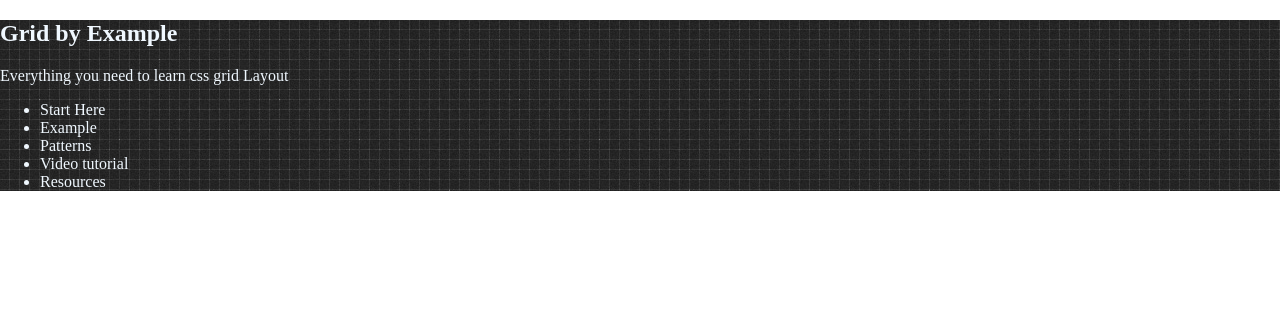
Repository: sitikhusushan/grid
Page: index.html
An editor plug-in stored every save of this project. The page is shown before and after the next save, followed by the edit.
The browser window is 1280 px wide. The pictures show the whole page.

Above is the page before, as saved 2020-05-12 11:06:09.

After the next save:
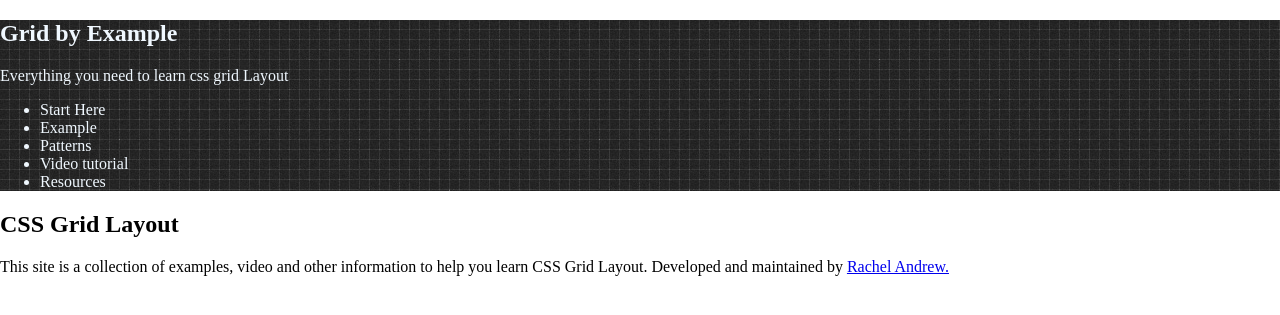
Saved 7 min 47 s later.
--- a/index.html
+++ b/index.html
@@ -20,5 +20,15 @@
         </ul>
       </div>
     </div>
+    <div class="layout">
+      <div class="container">
+        <h2>CSS Grid Layout</h2>
+        <p>
+          This site is a collection of examples, video and other information to
+          help you learn CSS Grid Layout. Developed and maintained by
+          <a href="#">Rachel Andrew.</a>
+        </p>
+      </div>
+    </div>
   </body>
 </html>
